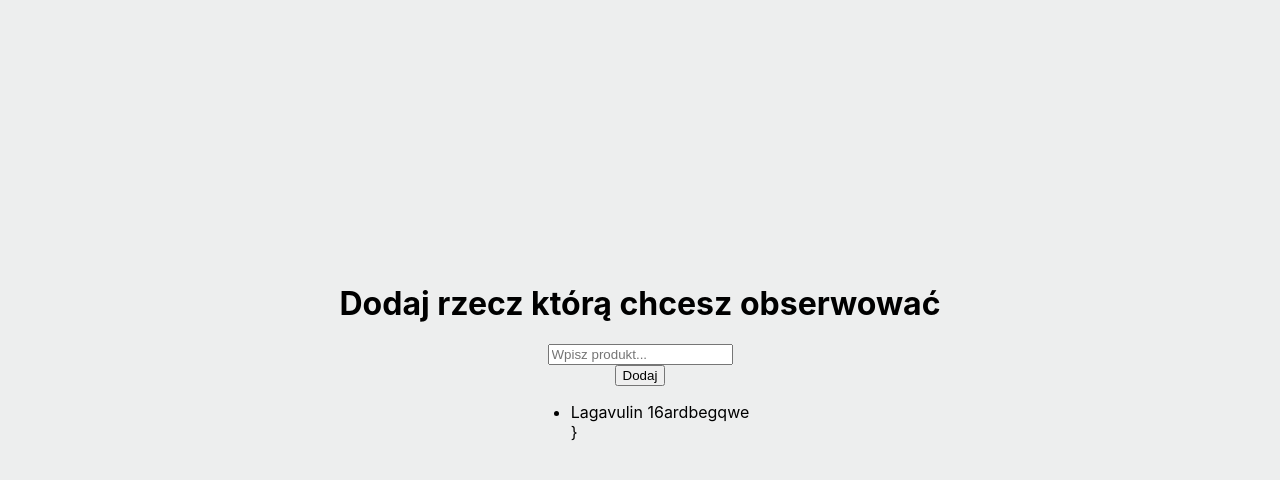
Repository: matedoo/crawler
Page: /MainApp
The author's editor kept a copy of each file at every save. The page is drawn from the files as they stood at one save, then again after the next save.
The browser window is 1280 px wide. The pictures show the whole page.
The project was rebuilt for these pictures with package versions that can differ from the ones it lists, and the page was loaded fresh each time. Requests to the local data server were answered from the project's data file. Also part of the build but not shown: src/Components/button.js, src/Components/LoginComponents/LoginApp.js, src/Components/LoginComponents/RegisterApp.js, src/Components/btnContainer.js, src/Components/heading.js, src/Components/LoginComponents/StartApp.js, src/Components/MainApp/MainAppElement.js.

Above is the page before, as saved 2020-04-27 18:03:21.

### public/index.html
<!DOCTYPE html>
<html lang="en">
  <head>
    <meta charset="utf-8" />
    <link rel="icon" href="%PUBLIC_URL%/favicon.ico" />
    <meta name="viewport" content="width=device-width, initial-scale=1" />
    <meta name="theme-color" content="#000000" />
    <meta
      name="description"
      content="Web site created using create-react-app"
    />
    <link rel="apple-touch-icon" href="%PUBLIC_URL%/logo192.png" />
    <!--
      manifest.json provides metadata used when your web app is installed on a
      user's mobile device or desktop. See https://developers.google.com/web/fundamentals/web-app-manifest/
    -->
    <link rel="manifest" href="%PUBLIC_URL%/manifest.json" />
    <!--
      Notice the use of %PUBLIC_URL% in the tags above.
      It will be replaced with the URL of the `public` folder during the build.
      Only files inside the `public` folder can be referenced from the HTML.

      Unlike "/favicon.ico" or "favicon.ico", "%PUBLIC_URL%/favicon.ico" will
      work correctly both with client-side routing and a non-root public URL.
      Learn how to configure a non-root public URL by running `npm run build`.
    -->
    <title>Racoon</title>
  </head>
  <body>
    <noscript>You need to enable JavaScript to run this app.</noscript>
    <div id="root"></div>

  </body>
</html>

### src/App.js
import React from 'react';
import LoginApp from './Components/LoginComponents/LoginApp'
import RegisterApp from './Components/LoginComponents/RegisterApp'
import StartApp from './Components/LoginComponents/StartApp'
import MainApp from './Components/MainApp/MainApp'
import {BrowserRouter as Router, Switch, Route} from 'react-router-dom'




class App extends React.Component {

  render(){
    return (
      <Router>
        <Switch>
          <Route path='/' exact component={StartApp}></Route>
          <Route path='/LoginApp' component={LoginApp}></Route>
          <Route path='/RegisterApp' component={RegisterApp}></Route>
          <Route path='/MainApp' component={MainApp}></Route>
        </Switch>
      </Router>
    );
  }
}



export default App;

### src/Components/MainApp/MainApp.js
import React, { useState, useEffect } from 'react';
import styled from 'styled-components';
import MainAppElement from './MainAppElement'


//http://localhost:4000/items

function MainApp(props) {
  const [elementsListState, setElementsListState] = useState({ elementsList: [], inputValue: '', error: ''})

  const [fetchedData, setFetchedData] = useState({title: '', id: 0})
  const [dataError, setDataError] = useState(null)
  const [apiItems, setApiItems] = useState('items')
  const [isLoading, setIsLoading] = useState(true)

  useEffect(() => {
    const myFetch = async () => {
      setIsLoading(true)

      try {
        const response = await fetch(`http://localhost:4000/${apiItems}`)
        const responseParsed = await response.json()
        // console.log(responseParsed[0]);

        setIsLoading(false)
        setFetchedData({
          title: responseParsed.map(element => element.title),
          id: responseParsed.map(element => element.id)
        })


        // elementsListState.push(responseParsed)
      } catch(dataError){
        setIsLoading(false)
        setDataError(dataError)
      }

    }
    myFetch()
  }, [apiItems])
  console.log(fetchedData);




  if(isLoading){
    return <p>Loading...</p>
  }
  if(dataError){
    return <p>Error...</p>
  }

  const handleInputChange = (event) => {
    const { value } = event.target
    setElementsListState({
      ...elementsListState,
      inputValue: value
    })

  }
  const handleButtonClick = () => {
    const { elementsList } = elementsListState;

    if(!inputValue) return;

    if(elementsList.some(element => element === inputValue)){
      setElementsListState({
        ...elementsListState,
        error: 'Ten produkt już istnieje',
        inputValue: '',
      })
      return;
    }
    setElementsListState({
      error: '',
      elementsList: [...elementsList, inputValue],
      inputValue: ''
    })
  }

  const handleElementRemove = (elementValue) => {
    setElementsListState({
      ...elementsListState,
      elementsList: elementsList.filter(element => element !== elementValue)
    })
  }
  const { error, elementsList, inputValue} = elementsListState;
    return (
      <LoginAppStyled>
        <h1>Dodaj rzecz którą chcesz obserwować</h1>
        {elementsList.map((element) => (
          <MainAppElement
            key={element}
            element={element}
            handleCloseClick={handleElementRemove}
          />
        ))}
        <input
          name='listelemt'
          placeholder='Wpisz produkt...'
          value={inputValue}
          onChange={handleInputChange}
        />
        <button onClick={handleButtonClick}>Dodaj</button>
        {!!error && <p>{error}</p>}
        <div>
        <ul>
        {/* {fetchedData.title} */}
        <li value={fetchedData.id} >{fetchedData.title} </li>}
        </ul>
        </div>
      </LoginAppStyled>
    );

}

export default MainApp;



const LoginAppStyled = styled.div`
   background-color: #edeeee;
   margin: 0;
   padding:0;
   height: 100vh;
   width: 100%;
   display: flex;
   align-items: center;
   justify-content: center;
   flex-direction: column;
`

### db.json
{
  "items": [
    {
      "title": "Lagavulin 16",
      "id": 1
    },
    {
      "title": "ardbeg",
      "id": 3
    },
    {
      "title": "qwe",
      "id": 4
    }
  ]
}

Loaded but not shown: src/index.js (common file); src/styles/index.css (common file); src/serviceWorker.js (common file)

After the next save:
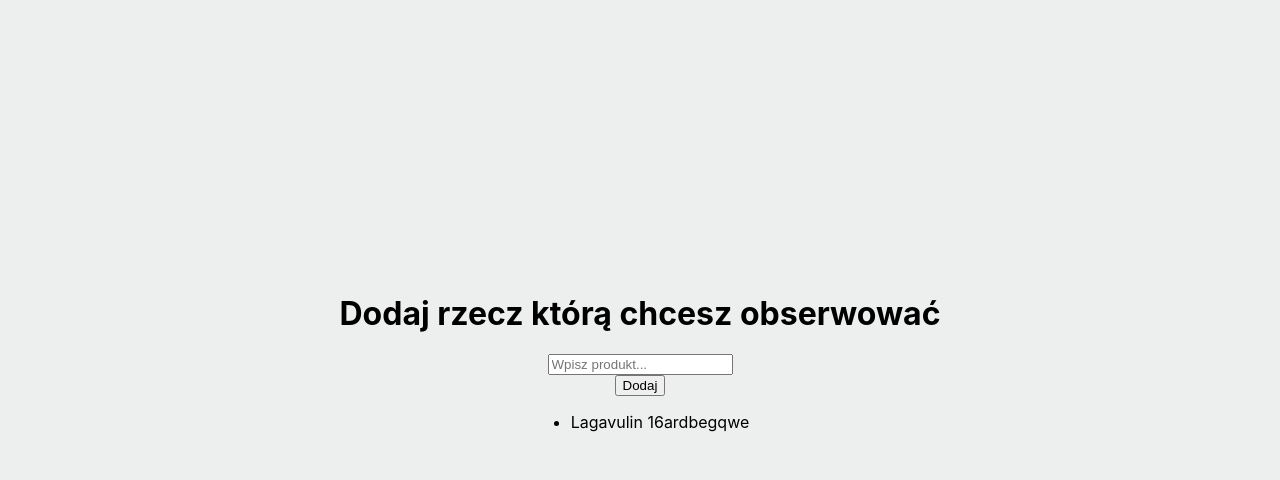
Saved 5 s later.
--- a/src/Components/MainApp/MainApp.js
+++ b/src/Components/MainApp/MainApp.js
@@ -106,7 +106,7 @@ function MainApp(props) {
         <div>
         <ul>
         {/* {fetchedData.title} */}
-        <li value={fetchedData.id} >{fetchedData.title} </li>}
+        <li value={fetchedData.id} >{fetchedData.title} </li>
         </ul>
         </div>
       </LoginAppStyled>
